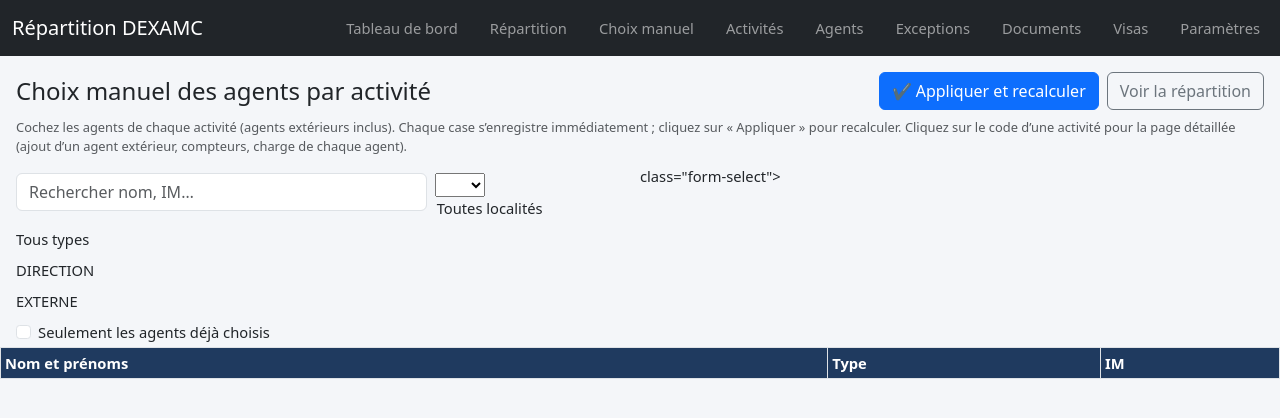
Repository: Mikandry/vacation
Page: http://localhost/choix
An editor plug-in stored every save of this project. The page is shown before and after the next save, followed by the edit.
The browser window is 1280 px wide. The pictures show the whole page.
The page is served by the project's Laravel application, run on PHP 8.4 with Laravel 12. Queries for data that is not in the repository find no rows.

Above is the page before, as saved 2026-10-18 22:21:04.
Console error: TypeError: Cannot read properties of null (reading 'addEventListener')

After the next save:
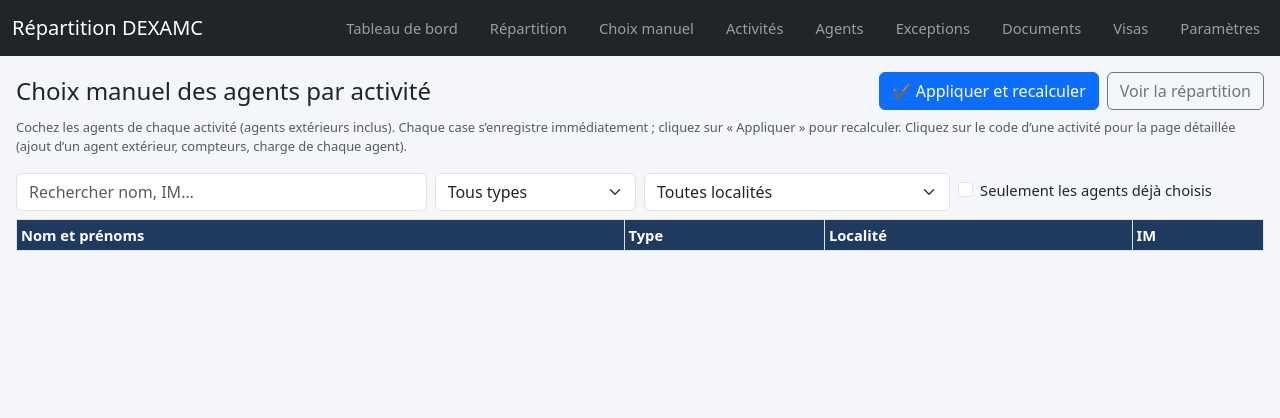
The error is gone.
Saved 114 s later.
--- a/resources/views/choix/matrix.blade.php
+++ b/resources/views/choix/matrix.blade.php
@@ -7,47 +7,78 @@
  <a class="btn btn-outline-secondary" href="{{ route('distribution.index') }}">Voir la répartition</a>
 </div>
 <p class="text-muted small">Cochez les agents de chaque activité (agents extérieurs inclus). Chaque case s’enregistre immédiatement ; cliquez sur « Appliquer » pour recalculer. Cliquez sur le code d’une activité pour la page détaillée (ajout d’un agent extérieur, compteurs, charge de chaque agent).</p>
+
 <div class="row g-2 mb-2">
  <div class="col-md-4"><input id="q" class="form-control" placeholder="Rechercher nom, IM…"></div>
- <div class="col-md-2"><select id="t"  <div class="col-md-3"><select id="l" class="form-select"><option value="">Toutes localités</option>@foreach($localities as $l)<option value="{{ $l }}">{{ $l }}</option>@endforeach</select></div> class="form-select"><option value="">Tous types</option><option>DIRECTION</option><option>EXTERNE</option></select></div>
+ <div class="col-md-2"><select id="t" class="form-select"><option value="">Tous types</option><option>DIRECTION</option><option>EXTERNE</option></select></div>
+ <div class="col-md-3"><select id="l" class="form-select"><option value="">Toutes localités</option>@foreach($localities as $l)<option value="{{ $l }}">{{ $l }}</option>@endforeach</select></div>
  <div class="col-auto d-flex align-items-center"><div class="form-check"><input type="checkbox" id="only" class="form-check-input"><label for="only" class="form-check-label">Seulement les agents déjà choisis</label></div></div>
 </div>
+
 <div class="table-responsive" style="max-height:72vh">
 <table class="table table-sm table-bordered bg-white sticky" id="grid">
- <thead><tr><th>Nom et prénoms</th><th>Type</th><th>IM</th>
-  @foreach($acts as $a)<th class="text-center"><a class="text-white" href="{{ route('choix.show',$a) }}">{{ $a->code }}</a>
+ <thead><tr><th>Nom et prénoms</th><th>Type</th><th>Localité</th><th>IM</th>
+  @foreach($acts as $a)
+  <th class="text-center"><a class="text-white" href="{{ route('choix.show',$a) }}">{{ $a->code }}</a>
    @if($a->manual)<span class="badge bg-warning text-dark">manuel</span>@endif<br>
-   <small class="cnt" data-act="{{ $a->id }}" data-quota="{{ $a->quota }}" data-manual="{{ $a->manual?1:0 }}"></small></th>@endforeach</tr></thead>
- @foreach($agents as $ag)@php $mine=$assigned->get($ag->id,[]); @endphp
- <tr  data-loc="{{ $ag->locality }}" data-name="{{ \Illuminate\Support\Str::lower(\Illuminate\Support\Str::ascii($ag->name.' '.$ag->im)) }}" data-type="{{ $ag->type }}" class="{{ $ag->available?'':'text-muted' }}">
-  <td>{{ $ag->name }}</td><td><small>{{ $ag->type }}</small></td><td>{{ $ag->im }}</td>
-  @foreach($acts as $a)<td class="text-center"><input type="checkbox" class="form-check-input cb" data-agent="{{ $ag->id }}" data-act="{{ $a->id }}" @checked(in_array($a->id,$mine)) @disabled(!$ag->available)></td>@endforeach
- </tr>@endforeach
-</table></div>
+   <small class="cnt" data-act="{{ $a->id }}" data-quota="{{ $a->quota }}" data-manual="{{ $a->manual?1:0 }}"></small></th>
+  @endforeach</tr></thead>
+ @foreach($agents as $ag)
+ @php $mine=$assigned->get($ag->id,[]); @endphp
+ <tr data-loc="{{ $ag->locality }}" data-name="{{ \Illuminate\Support\Str::lower(\Illuminate\Support\Str::ascii($ag->name.' '.$ag->im)) }}" data-type="{{ $ag->type }}" class="{{ $ag->available?'':'text-muted' }}">
+  <td>{{ $ag->name }}</td><td><small>{{ $ag->type }}</small></td><td><small>{{ $ag->locality }}</small></td><td>{{ $ag->im }}</td>
+  @foreach($acts as $a)
+  <td class="text-center"><input type="checkbox" class="form-check-input cb" data-agent="{{ $ag->id }}" data-act="{{ $a->id }}" @checked(in_array($a->id,$mine)) @disabled(!$ag->available)></td>
+  @endforeach
+ </tr>
+ @endforeach
+</table>
+</div>
 @endsection
+
 @push('scripts')
 <script>
 const rows=[...document.querySelectorAll('#grid tbody tr')];
+
 function counts(){
  document.querySelectorAll('.cnt').forEach(c=>{
-  let d=0,e=0; rows.forEach(r=>{const cb=r.querySelector(`.cb[data-act="${c.dataset.act}"]`); if(cb&&cb.checked) r.dataset.type==='DIRECTION'?d++:e++;});
+  let d=0,e=0;
+  rows.forEach(r=>{
+   const cb=r.querySelector(`.cb[data-act="${c.dataset.act}"]`);
+   if(cb&&cb.checked){ r.dataset.type==='DIRECTION'?d++:e++; }
+  });
   c.textContent=(c.dataset.manual==='1'?`${d} dir`:`${d}/${c.dataset.quota} dir`)+(e?` + ${e} ext`:'');
  });
 }
+
 function filt(){
- const q=document.getElementById('q').value.toLowerCase(), t=document.getElementById('t').value,
-       l=document.getElementById('l').value, only=document.getElementById('only').checked;
- rows.forEach(r=>{ const any=[...r.querySelectorAll('.cb')].some(x=>x.checked);
-  r.style.display=(r.dataset.name.includes(q)&&(!t||r.dataset.type===t)&&(!l||r.dataset.loc===l)&&(!only||any))?'':'none'; });
+ const q=document.getElementById('q').value.toLowerCase(),
+       t=document.getElementById('t').value,
+       l=document.getElementById('l').value,
+       only=document.getElementById('only').checked;
+ rows.forEach(r=>{
+  const any=[...r.querySelectorAll('.cb')].some(x=>x.checked);
+  const ok = r.dataset.name.includes(q)
+          && (!t || r.dataset.type===t)
+          && (!l || r.dataset.loc===l)
+          && (!only || any);
+  r.style.display = ok ? '' : 'none';
+ });
 }
 ['q','t','l','only'].forEach(i=>document.getElementById(i).addEventListener('input',filt));
-// ['q','t','only'].forEach(i=>document.getElementById(i).addEventListener('input',filt));
+
 document.querySelectorAll('.cb').forEach(cb=>cb.addEventListener('change',async()=>{
  try{
-  const res=await fetch('{{ route('choix.toggle') }}',{method:'POST',headers:{'Content-Type':'application/json','Accept':'application/json','X-CSRF-TOKEN':document.querySelector('meta[name=csrf-token]').content},
-   body:JSON.stringify({agent_id:cb.dataset.agent,activity_id:cb.dataset.act,on:cb.checked})});
+  const res=await fetch('{{ route('choix.toggle') }}',{
+   method:'POST',
+   headers:{'Content-Type':'application/json','Accept':'application/json','X-CSRF-TOKEN':document.querySelector('meta[name=csrf-token]').content},
+   body:JSON.stringify({agent_id:cb.dataset.agent,activity_id:cb.dataset.act,on:cb.checked})
+  });
   if(!res.ok) throw new Error();
- }catch(e){ cb.checked=!cb.checked; alert('Échec de l’enregistrement.'); }
+ }catch(e){
+  cb.checked=!cb.checked;
+  alert('Échec de l’enregistrement.');
+ }
  counts();
 }));
 counts();
